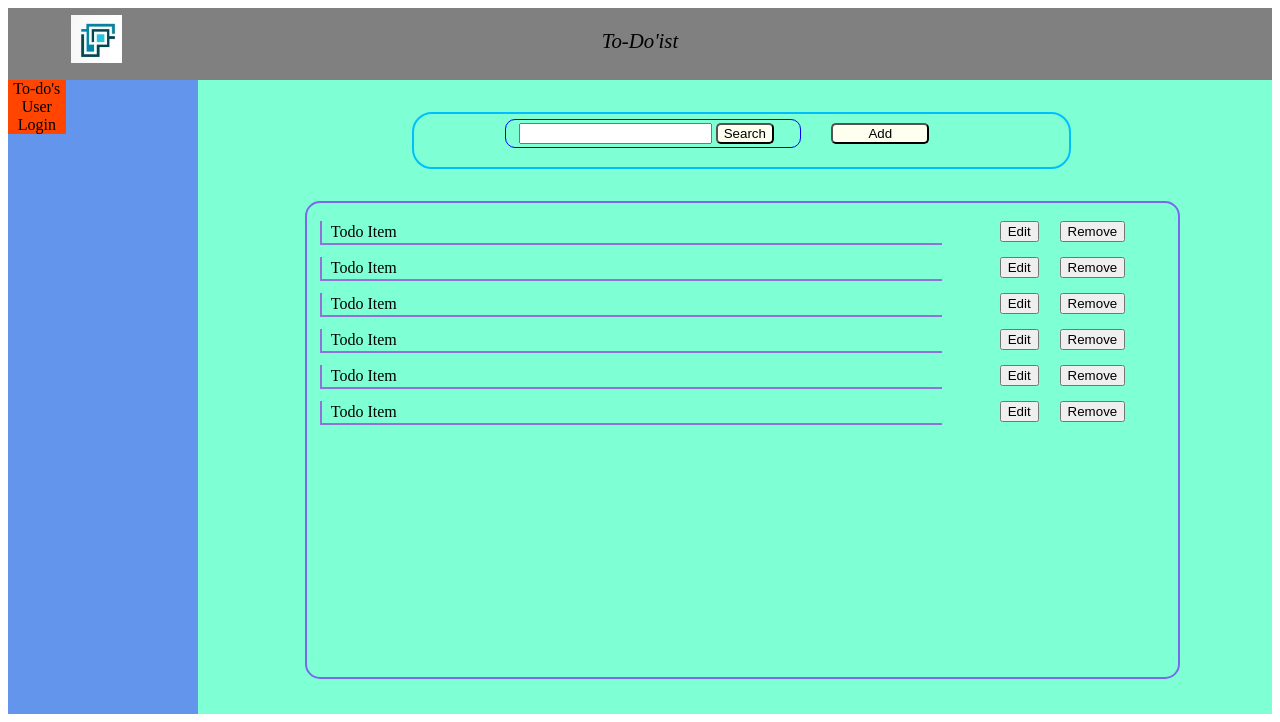
Repository: tavisca-pkadam/Todo-Website
Page: home.html
An editor plug-in stored every save of this project. The page is shown before and after a run of saves, followed by the edit.
The browser window is 1280 px wide. The pictures show the whole page.

Above is the page before, as saved 2019-08-20 08:43:15.

After the next 2 saves:
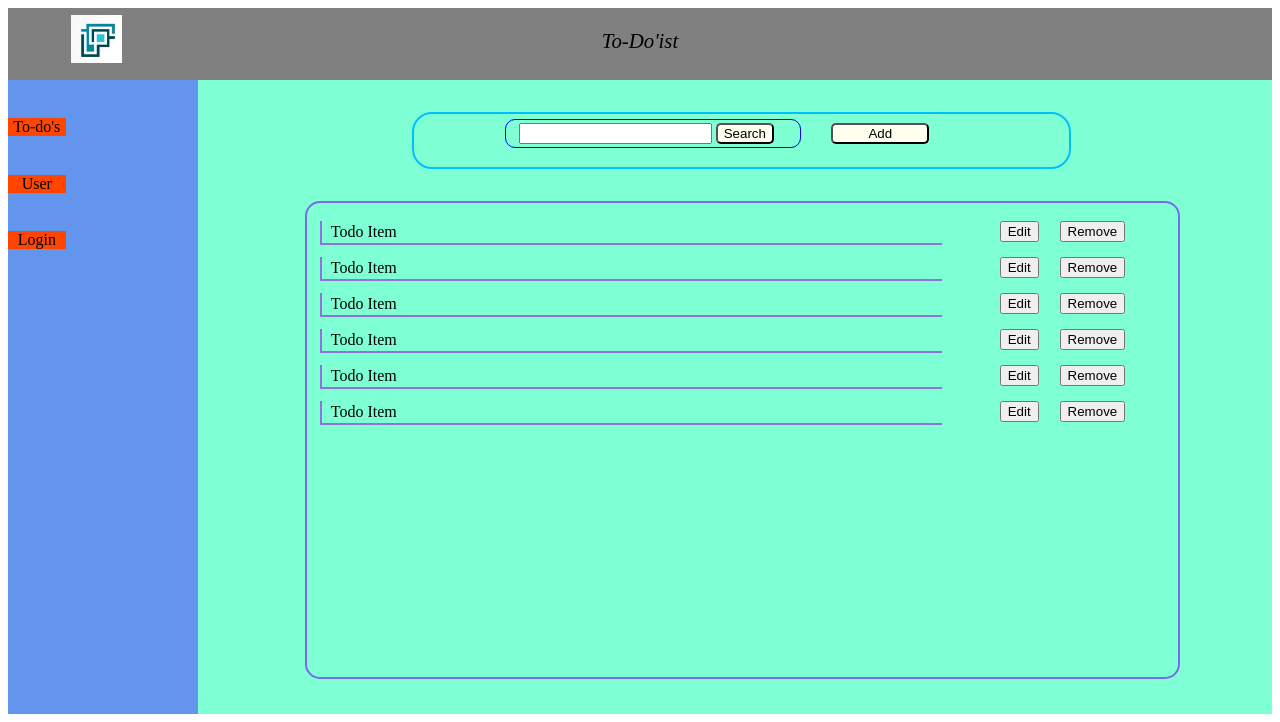
The 2 saves are shown as one change because they came seconds apart.
The last was saved 10 s later.
--- a/main.css
+++ b/main.css
@@ -34,7 +34,7 @@
     width: 30%;
     position: relative;
     background-color: orangered;
-
+    margin-top: 20%;
 }
 
 
